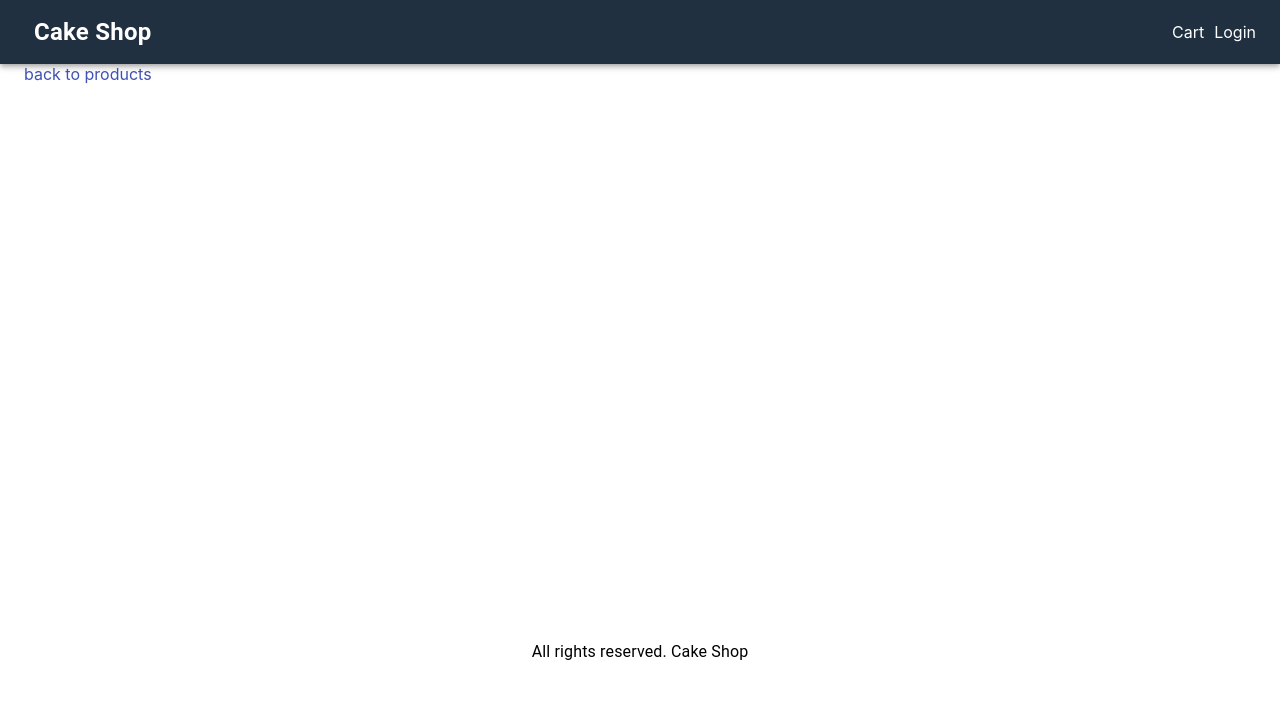
Repository: exiled-kal/NextJsShop
Page: /product/classic-pants
An editor plug-in stored every save of this project. The page is shown before and after a run of saves, followed by the edit.
The browser window is 1280 px wide. The pictures show the whole page.
The project was rebuilt for these pictures with package versions that can differ from the ones it lists, and the page was loaded fresh each time. The framework's server and built-in components were replaced by stand-ins that run in the browser. Also part of the build but not shown: next.config.js.

Above is the page before, as saved 2021-08-24 22:47:00.

After the next 5 saves:
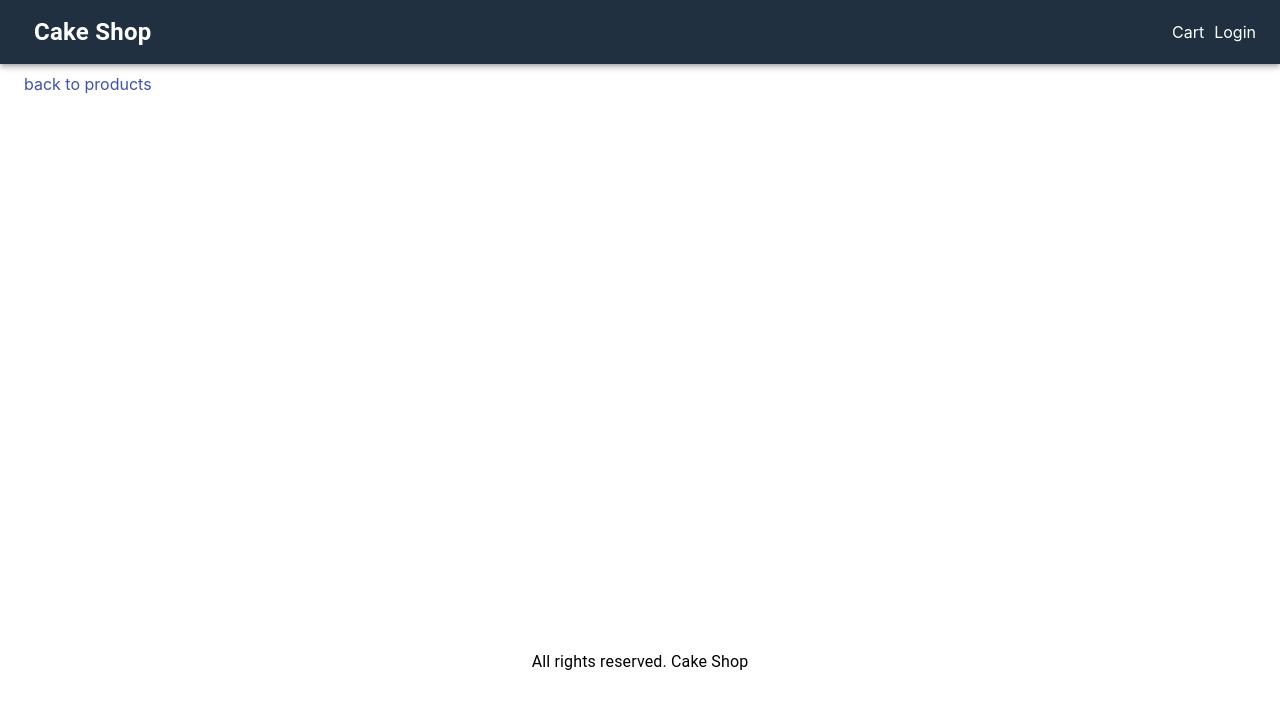
The 5 saves are shown as one change because 2 did not build or start and some came seconds apart.
The last was saved 18 s later.
--- a/utils/styles.js
+++ b/utils/styles.js
@@ -22,7 +22,8 @@ const useStyles = makeStyles({
     textAlign: "center",
   },
   section: {
-
-  }
+    marginTop: 10,
+    marginBottom: 10,
+  },
 });
 export default useStyles;
